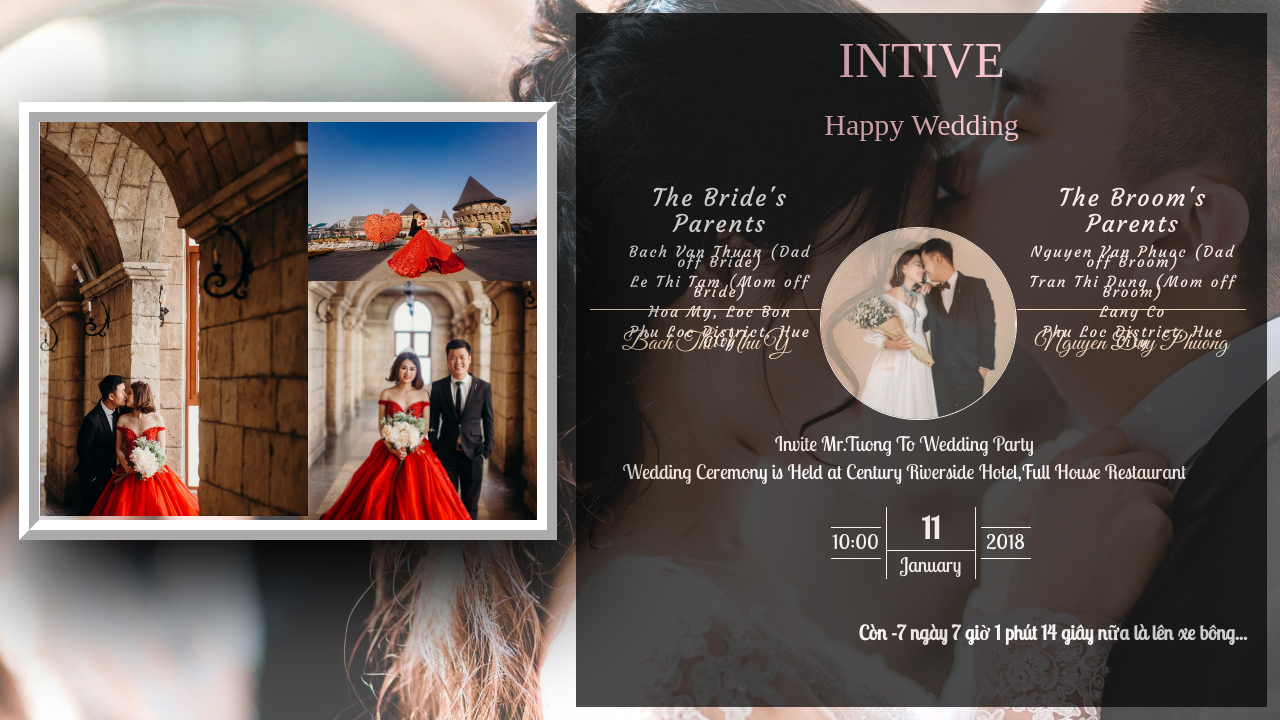
Repository: nguyenhuutuong999/WeddingOfSister
Page: index.html
An editor plug-in stored every save of this project. The page is shown before and after the next save, followed by the edit.
The browser window is 1280 px wide. The pictures show the whole page.
Some web fonts or font styles are not loaded; a fallback is used.

Above is the page before, as saved 2019-09-17 17:25:09.

After the next save:
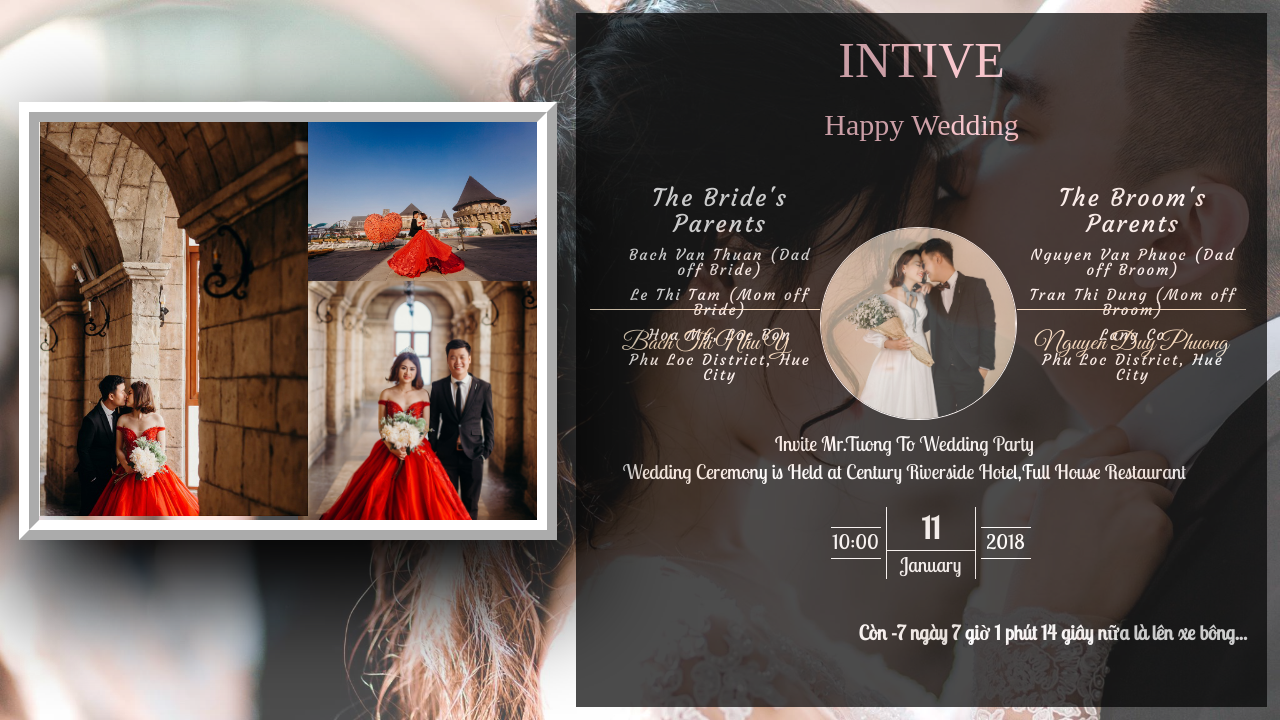
Saved 4 s later.
--- a/style.css
+++ b/style.css
@@ -92,7 +92,7 @@ body,html{
     width: calc(100%/2);
     letter-spacing: 2px;
     text-align: center;
-    line-height: 10px;
+    line-height: 15px;
 }
 #colorful{
     color: white;
